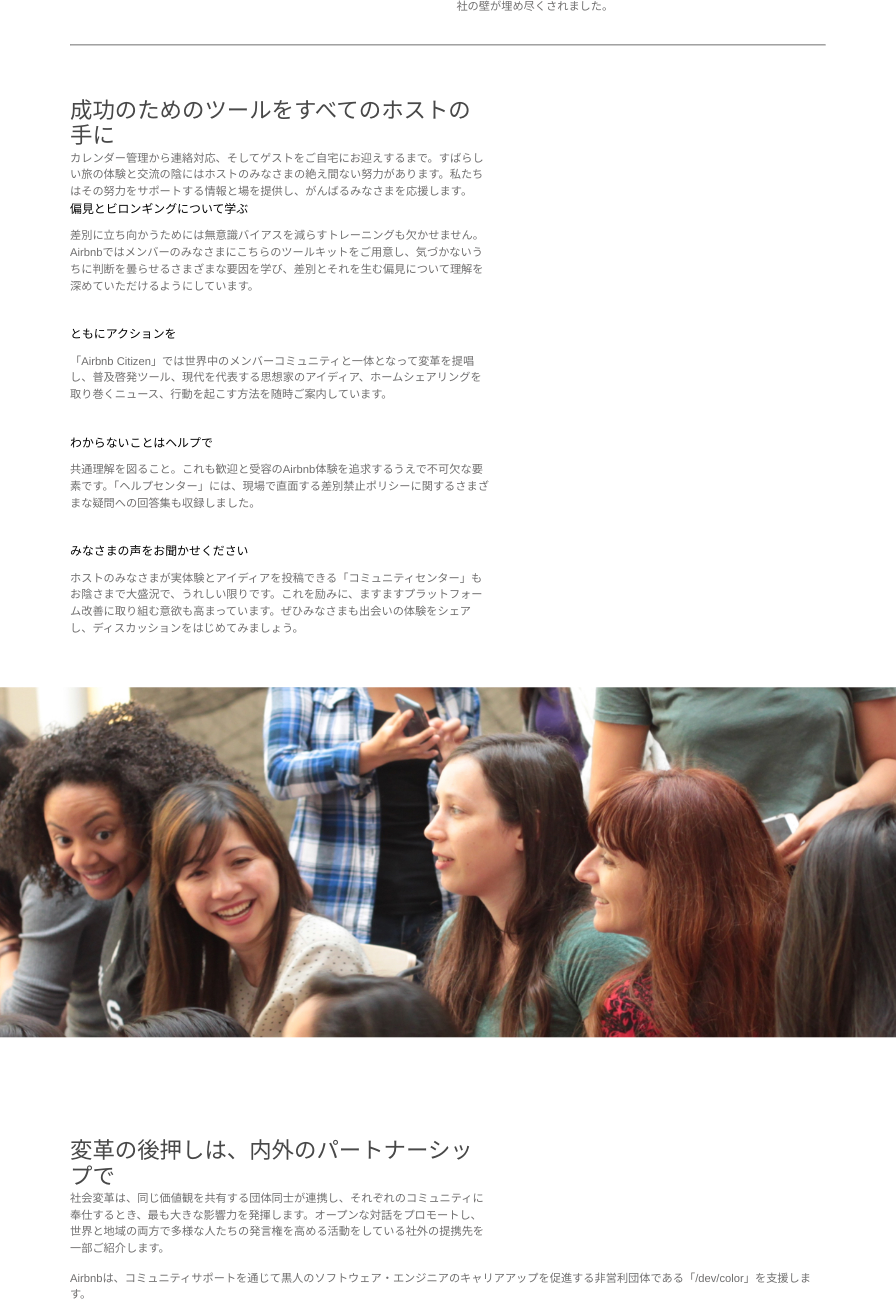
Repository: Ryoma-tech/20200622_htmlcss01
Page: index.html
An editor plug-in stored every save of this project. The page is shown before and after the next save, followed by the edit.
The browser window is 1280 px wide. The pictures show the part of the page from y = 2387 to 4307 px (the page is 4247 px tall before and 4307 px after), at 70% of full size.

Above is the page before, as saved 2020-06-24 14:52:34.

### index.html
<!DOCTYPE html>
<html lang="en">

<head>
    <meta charset="UTF-8">
    <meta name="viewport" content="width=device-width, initial-scale=1.0">
    <title>Document</title>
    <link rel="stylesheet" href="style.css">
</head>

<body>
    <header>
        <h1><img src="images/Vector.png" alt=""></h1>
        <div class="topSearchBar">
            <img src="images/Frame.png" height="18" width="18" class="searchBarIcon"></img>
            <input type="text" placeholder="探す">
        </div>
        <nav>
            <ul>
                <li>
                    <a href=""><img src="images/Frame (1).png" alt="" height="12" width="12" class="jpIcon"> 日本語(JP)</a>
                </li>
                <li><a href="">¥ JPY</a></li>
                <li><a href="">ホストをはじめる</a></li>
                <li><a href="">ヘルプ</a></li>
                <li><a href="">登録する</a></li>
                <li><a href="">ログイン</a></li>
            </ul>
        </nav>
    </header>
    <main>
        <div class="topWrapper">
            <div class="topMessage">
                <h1>多様な国際コミュニティが、<br>Airbnbを生かす</h1>
                <p>あらゆるホストとゲストを受け容れるプラットフォームを築くことが、Airbnbの一番大きな目標です。私たちは常に改善を続けていきます。</p>
            </div>
        </div>
        <article>
            <section>
                <div class="container">
                    <div class="section1">
                        <div class="desc1">
                            <p>Airbnbのミッションは、「人は根源的に善であり、人が集まるコミュニティにはかならず居場所がある」という発想が核にあります。差別はこの会社の前に立ちはだかる最大の課題だと心の底から思います。それはわれわれの存在の軸、価値観とは相容れないものです。
                            </p>
                        </div>
                        <div class="ceoProfile">
                            <img src="/images/Rectangle (1).png" alt="">
                            <p>ブライアン・チェスキー</p>
                            <p>Airbnb共同創業者兼CEO</p>
                        </div>
                    </div>
                    <hr>
                </div>
            </section>
            <section>
                <div class="container">
                    <div class="section2">
                        <h2>Airbnbのプラットフォームに差別が許される余地はありません</h2>
                        <p>創業メンバーのエアーマット1枚から始まったAirbnbも、今や数百万件の登録物件を抱えるグローバルコミュニティです。順調に成長する中、誰もが差別や偏見に遭うことなくご利用いただけるプラットフォームに整備していく管理責任も大きくなりました。至らない点は改善を重ね、みなさまから貴重なご意見と学びをいただけることに感謝しながら、私たちはたゆまぬ努力を続けています。</p>
                        <p>当社は2016年に、多様性と多様性の受け入れに関する取り組みが充分なされていることを確かめるため、Airbnbのプラットフォームをあらゆる角度から検証することに決め、アメリカ自由人権協会ワシントンDC支部のLaura Murphy元支部長にその調査のとりまとめを依頼しました。 関係各所の協力を得ながら数か月に渡って行った調査の結果を報告書にまとめましたので、Airbnbコミュニティのみなさまにお読みいただければ幸いです。</p>
                        <p>ローラの報告書と社内チームの連携の結果、数々の対策も発表することができました。「コミュニティの誓約」の導入、「差別禁止ポリシー」の強化、差別撲滅&ダイバーシティ向上専属チームの常設などですが、これはAirbnbが進める差別撲滅対策のほんの一例に過ぎません。今回の報告書作成とイニシアチブ策定に当たっては、国際コミュニティからの声がとても重要な役割りを果たしました。ここを出発点として今後も差別の課題に取り組んでまいります。新しい動き、提携、情報はこのページでシェアしていきますので、どうぞお楽しみに。</p>
                    </div>
                    <hr>
                </div>
            </section>
            <section>
                <div class="container">
                    <div class="section3">
                        <div class="section3Message">
                            <h2>ホストとゲストが先導者</h2>
                            <p>私たちは常にプラットフォームの改善に努めています。Airbnbの体験を叶えるのは、これを利用するホスト、ゲスト、グローバルコミュニティです。互いに歩み寄ろうとする共通の思い。そこから生まれるストーリーは、つながる本当の意味を問い直すきっかけを与え、差別のない世界に続く道を照らしてくれます。以下にシェアさせていただきます。</p>
                        </div>
                        <div class="flexContainer">
                            <div class="item">
                                <img src="/images/Rectangle (2).png" alt="">
                                <h3>偏見のないおもてなしを実践するちょっとしたコツ</h3>
                                <p>人がふれあう体験の積み重ねで差別をなくす。Airbnbのホストのみなさまにはその力があります。</p>
                            </div>
                            <div class="item">
                                <img src="/images/Rectangle (3).png" alt="">
                                <h3>つながる世界、それは美しい</h3>
                                <p>世界中のAirbnbメンバーが紡ぐやさしさとふれあいのストーリーは、いつも私たちを驚かせてくれます。「#OneLessStranger」キャンペーンでは、その親切と発見の瞬間を全世界にシェアしました。</p>
                            </div>
                            <div class="item">
                                <img src="/images/Rectangle (4).png" alt="">
                                <h3>古いブーツが運んでくれた、新しい愛</h3>
                                <p>プライド月間に寄せた愛のストーリー。もっといいプラットフォームを開発して、もっとみんなをつなぎたい、という思いにスタッフを駆り立てるのは、こんなメンバーの素敵ストーリーなのです。</p>
                            </div>
                            <div class="item">
                                <img src="/images/Rectangle (5).png" alt="">
                                <h3>BLMの心はひとつ。社員の結束をビジュアライズ</h3>
                                <p>こちらはAirfinity（社内支援団体）の「Black@」が人種差別への問題意識を高めるため企画した顔写真展。#BlackLivesMatterを支持する社員（みなホスト&ゲスト国際コミュニティの仲間です）数百人の写真で本社の壁が埋め尽くされました。</p>
                            </div>
                        </div>
                    </div>
                    <hr>
                </div>
            </section>
            <section>
                <div class="container">
                    <div class="section4">
                        <div class="sectionLeftHeading">
                            <h2>成功のためのツールをすべてのホストの手に</h2>
                            <p>カレンダー管理から連絡対応、そしてゲストをご自宅にお迎えするまで。すばらしい旅の体験と交流の陰にはホストのみなさまの絶え間ない努力があります。私たちはその努力をサポートする情報と場を提供し、がんばるみなさまを応援します。</p>
                        </div>
                        <div class="section4Desc">
                            <h3>偏見とビロンギングについて学ぶ</h3>
                            <p>差別に立ち向かうためには無意識バイアスを減らすトレーニングも欠かせません。Airbnbではメンバーのみなさまにこちらのツールキットをご用意し、気づかないうちに判断を曇らせるさまざまな要因を学び、差別とそれを生む偏見について理解を深めていただけるようにしています。</p>
                        </div>
                        <div class="section4Desc">
                            <h3>ともにアクションを</h3>
                            <p>「Airbnb Citizen」では世界中のメンバーコミュニティと一体となって変革を提唱し、普及啓発ツール、現代を代表する思想家のアイディア、ホームシェアリングを取り巻くニュース、行動を起こす方法を随時ご案内しています。</p>
                        </div>
                        <div class="section4Desc">
                            <h3>わからないことはヘルプで</h3>
                            <p>共通理解を図ること。これも歓迎と受容のAirbnb体験を追求するうえで不可欠な要素です。「ヘルプセンター」には、現場で直面する差別禁止ポリシーに関するさまざまな疑問への回答集も収録しました。</p>
                        </div>
                        <div class="section4Desc">
                            <h3>みなさまの声をお聞かせください</h3>
                            <p>ホストのみなさまが実体験とアイディアを投稿できる「コミュニティセンター」もお陰さまで大盛況で、うれしい限りです。これを励みに、ますますプラットフォーム改善に取り組む意欲も高まっています。ぜひみなさまも出会いの体験をシェアし、ディスカッションをはじめてみましょう。
                            </p>
                        </div>
                    </div>
                </div>
                <img src="images/Rectangle.jpg" alt="" class="breakImage">
            </section>
            <section>
                <div class="container">
                    <div class="section5">
                        <div class="sectionLeftHeading">
                            <h2>変革の後押しは、内外のパートナーシップで</h2>
                            <p>社会変革は、同じ価値観を共有する団体同士が連携し、それぞれのコミュニティに奉仕するとき、最も大きな影響力を発揮します。オープンな対話をプロモートし、世界と地域の両方で多様な人たちの発言権を高める活動をしている社外の提携先を一部ご紹介します。</p>
                        </div>
                        <div class="flexContainer">
                            <div class="itemPatner">
                                <img src="" alt="">
                                <p>Airbnbは、コミュニティサポートを通じて黒人のソフトウェア・エンジニアのキャリアアップを促進する非営利団体である「/dev/color」を支援します。</p>
                            </div>
                        </div>
                    </div>
                </div>
            </section>
        </article>
    </main>
</body>

</html>

### style.css
html,
body,
div,
span,
object,
iframe,
h1,
h2,
h3,
h4,
h5,
h6,
p,
blockquote,
pre,
abbr,
address,
cite,
code,
del,
dfn,
em,
img,
ins,
kbd,
q,
samp,
small,
strong,
sub,
sup,
var,
b,
i,
dl,
dt,
dd,
ol,
ul,
li,
fieldset,
form,
label,
legend,
table,
caption,
tbody,
tfoot,
thead,
tr,
th,
td,
article,
aside,
canvas,
details,
figcaption,
figure,
footer,
header,
hgroup,
menu,
nav,
section,
summary,
time,
mark,
audio,
video {
    margin: 0;
    font-family: Helvetica Neue;
}

* {
    box-sizing: border-box;
}

li {
    list-style: none;
}

a {
    text-decoration: none;
    color: black;
}

h2 {
    font-size: 32px;
    font-style: normal;
    font-weight: normal;
    line-height: 36px;
    color: #484848;
}

h3 {
    font-style: normal;
    font-weight: normal;
    font-size: 17px;
}

.container {
    max-width: 1080px;
    margin: 0 auto;
}

header {
    display: flex;
    justify-content: space-between;
    align-items: center;
    height: 80px;
}

p {
    color: #706f6f;
    font-size: 16px;
}

header>h1>img {
    height: 34px;
    width: 34px;
    margin: 23px;
}

header>h1 {
    margin-right: auto;
}

.topSearchBar input {
    border: none;
}

.topSearchBar input:focus {
    outline: none;
}

.topSearchBar {
    position: absolute;
    left: 100px;
    width: 460px;
    height: 48px;
    left: 80px;
    top: 16px;
    background: #ffffff;
    border: 1px solid #ebebeb;
    box-sizing: border-box;
    box-shadow: 0px 2px 4px rgba(0, 0, 0, 0.1);
    border-radius: 4px;
    transition: all 0.5s;
}

.topSearchBar:hover {
    width: 700px;
    box-shadow: 0px 3px 5px rgba(0, 0, 0, 0.1);
}

.searchBarIcon {
    margin-left: 10px;
    margin-top: 12px;
}

.jpIcon {
    vertical-align: middle;
}

nav>ul {
    display: flex;
}

nav>ul>li {
    margin: 16px;
    border-bottom: 1.5px solid rgba(255, 255, 0, 0);
    font-style: normal;
    font-weight: normal;
    font-size: 13px;
    line-height: 80px;
}

nav>ul>li:hover {
    border-bottom: 1.5px solid #555454;
}

.topWrapper {
    margin-top: 3px;
    width: 100%;
    height: 565px;
    background-image: url(https://a0.muscache.com/airbnb/static/diversity/inclusion/Hero1-df91c6cd36186c72029bfa46a8002a5d.jpg);
}

.topMessage {
    position: relative;
    top: 210px;
    color: #fff;
    margin-left: 220px;
    width: 481px;
}

.topMessage h1 {
    font-style: normal;
    font-weight: normal;
    font-size: 35px;
    letter-spacing: 0.9px;
    color: #ffffff;
}

.topMessage p {
    letter-spacing: -0.2px;
    color: #fff;
}

article {
    margin-top: 70px;
}

.section1 {
    text-align: center;
    color: #706f6f;
    margin-bottom: 14px;
}

.desc1 {
    width: 600px;
    margin: 0 auto;
}

.ceoProfile {
    margin-top: 30px;
}

.ceoProfile img {
    width: 64px;
    height: 64px;
    object-fit: cover;
    border-radius: 50%;
}

hr {
    width: 100%;
    height: 1px;
    background: #484848;
}

.section2 {
    margin-top: 43px;
    margin-bottom: 63px;
}

.section2 h2 {
    font-style: normal;
    font-weight: normal;
    line-height: 36px;
    margin-bottom: 33px;
}

.section2 p {
    margin-bottom: 16px;
    line-height: 22px;
}

.section3 {
    margin-top: 75px;
    color: #706f6f;
}

.section3Message {
    text-align: left;
    width: 55%;
    margin-bottom: 72px;
}

.section3 h2 {
    margin-bottom: 10px;
}

.flexContainer {
    display: flex;
    flex-wrap: wrap;
}

.flexContainer img {
    width: 100%;
}

.flexContainer h3 {
    margin-bottom: 8px;
}

.item {
    max-width: 50%;
    padding: 0 12px 36px;
}

.section4 {
    max-width: 600px;
    margin-top: 75px;
    margin-bottom: 74px;
}

.sectionLeftHeading {
    max-width: 600px;
    margin-top: 75px;
}

.section4Desc {
    margin-bottom: 44px;
}

.section4Desc h3 {
    margin-bottom: 14px;
}

.breakImage {
    width: 100%;
    height: 500px;
    margin-bottom: 65px;
}

After the next save:
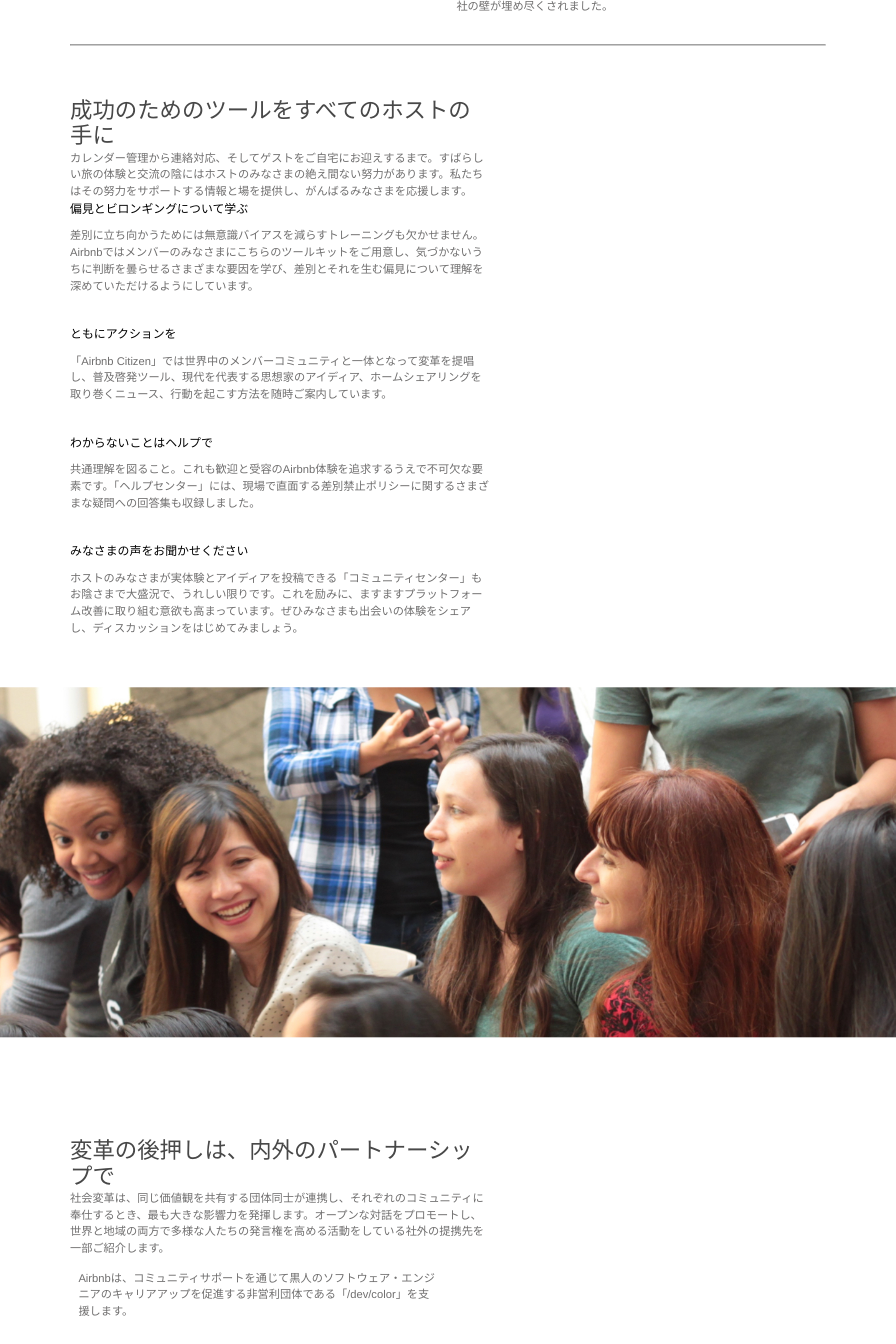
Saved 51 s later.
--- a/style.css
+++ b/style.css
@@ -313,3 +313,8 @@
     height: 500px;
     margin-bottom: 65px;
 }
+
+.itemPatner {
+    max-width: 50%;
+    padding: 0 12px 36px;
+}
